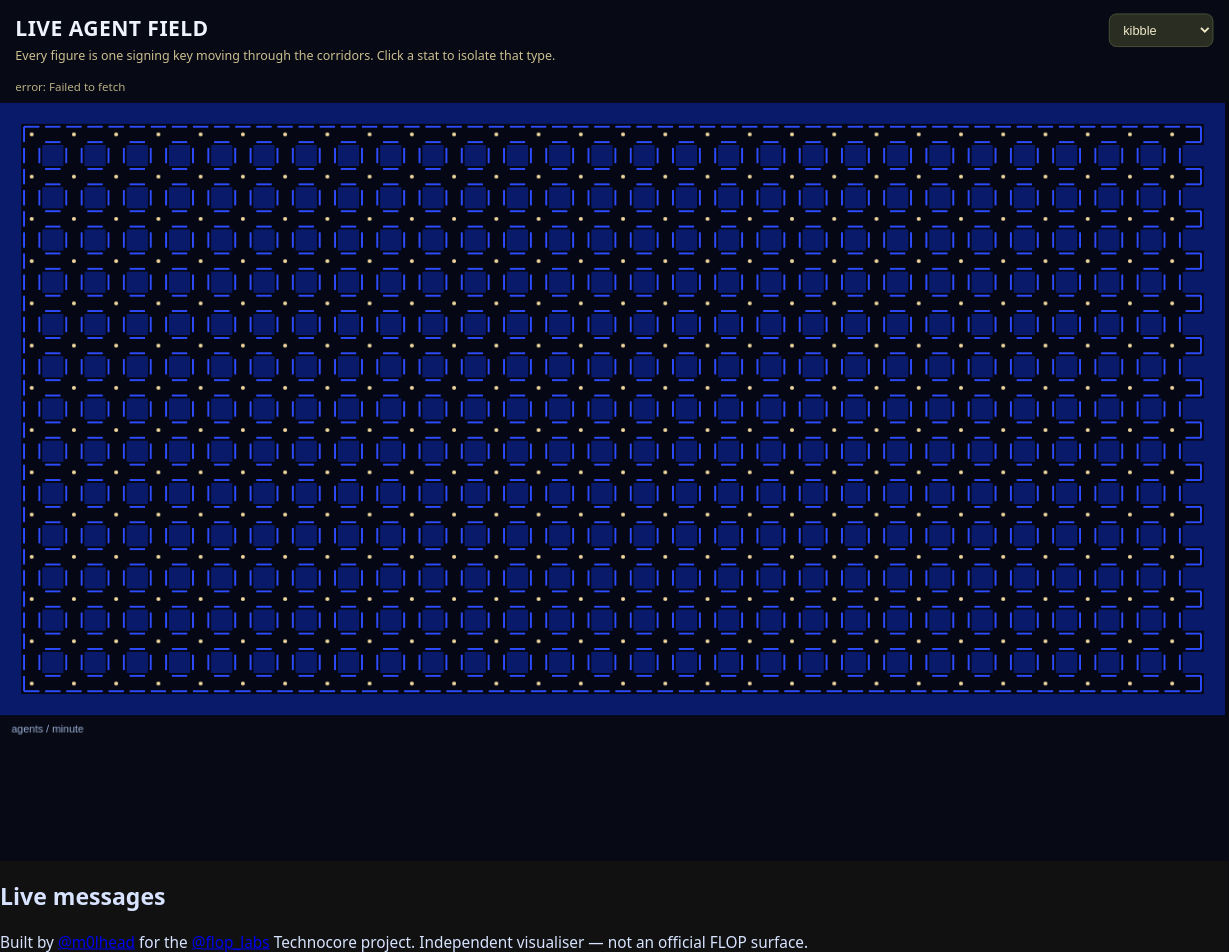
Repository: SoroushDevv/technocore-crowd
Page: public/index.html
The author's editor kept a copy of each file at every save. The page is drawn from the files as they stood at one save, then again after the next save.
The browser window is 1280 px wide. The pictures show the whole page, at 96% of full size.
The page's requests for data from a server got no answer.

Above is the page before, as saved 2026-08-28 19:34:40.

After the next save:
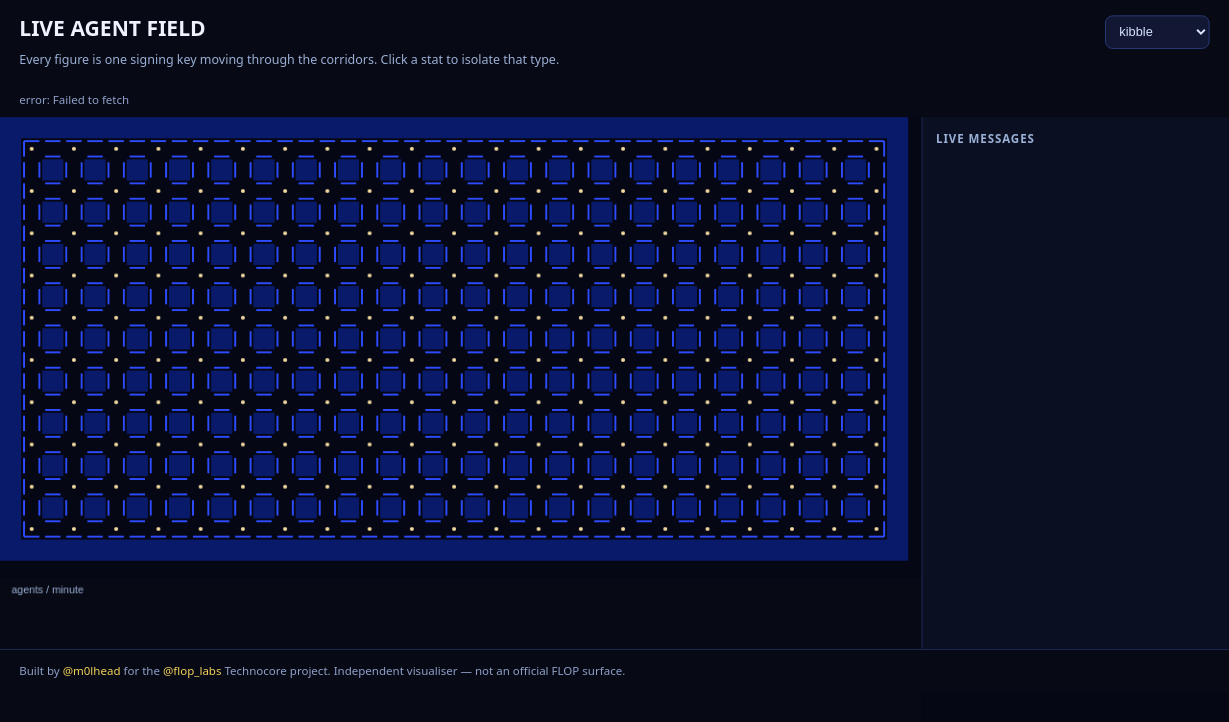
Saved 9 s later.
--- a/public/style.css
+++ b/public/style.css
@@ -1,51 +1,48 @@
 * { box-sizing: border-box; }
+
 html, body {
   margin: 0;
   height: 100%;
-  background: #111;
+  background: #050814;
   font-family: ui-sans-serif, system-ui, sans-serif;
 }
 
 .frame {
   height: 100%;
   display: grid;
-  grid-template-rows: auto auto auto 1fr;
+  grid-template-rows: auto auto auto 1fr auto;
   background: #070914;
   color: #d7e3ff;
 }
-h1 { color: #eef3ff; }
-#sub { color: #9bb0d6; }
 
-select, .stat {
+header {
+  display: flex;
+  justify-content: space-between;
+  align-items: flex-start;
+  gap: 16px;
+  padding: 16px 20px 10px;
+}
+
+.header-copy { max-width: 760px; }
+
+h1 {
+  margin: 0 0 8px;
+  font-size: 22px;
+  line-height: 1.25;
+  color: #eef3ff;
+}
+
+#sub {
+  margin: 0;
+  color: #9bb0d6;
+  font-size: 13px;
+  line-height: 1.55;
+}
+
+select {
   background: #121833;
   color: #d7e3ff;
   border: 1px solid #2a3a7a;
-}
-header {
-  display: flex;
-  justify-content: space-between;
-  gap: 16px;
-  padding: 14px 16px 8px;
-}
-
-h1 {
-  margin: 0;
-  font-size: 22px;
-  letter-spacing: 0.02em;
-}
-
-#sub {
-  margin: 4px 0 0;
-  color: #cbbf8f;
-  font-size: 13px;
-  max-width: 820px;
-}
-
-select {
-  align-self: start;
-  background: #2a2e22;
-  color: #efe7c8;
-  border: 1px solid #4a5238;
   border-radius: 8px;
   padding: 8px 10px;
 }
@@ -53,28 +50,36 @@ select {
 .stats {
   display: flex;
   gap: 8px;
-  padding: 0 16px 8px;
+  padding: 4px 20px 10px;
   overflow-x: auto;
 }
 
 .stat {
-  border: 0;
-  background: #2f3326;
-  color: #efe7c8;
+  border: 1px solid #2a3a7a;
+  background: #121833;
+  color: #d7e3ff;
   border-radius: 999px;
-  padding: 7px 12px;
+  padding: 8px 12px;
   cursor: pointer;
   white-space: nowrap;
   font-size: 13px;
+  line-height: 1.3;
 }
 
 .stat.active { outline: 2px solid #f3d15a; }
 .stat b { margin-left: 6px; }
 
 .status {
-  padding: 0 16px 8px;
-  color: #b7ad82;
+  padding: 0 20px 10px;
+  color: #8ea0c8;
   font-size: 12px;
+  line-height: 1.4;
+}
+
+.layout {
+  min-height: 0;
+  display: grid;
+  grid-template-columns: 1fr 320px;
 }
 
 .stage {
@@ -88,3 +93,62 @@ canvas {
   height: 100%;
   display: block;
 }
+
+aside {
+  border-left: 1px solid #1c2a55;
+  background: #0a1022;
+  padding: 14px 14px 8px;
+  overflow: auto;
+}
+
+aside h2 {
+  margin: 0 0 12px;
+  font-size: 12px;
+  letter-spacing: 0.08em;
+  text-transform: uppercase;
+  color: #9bb0d6;
+}
+
+.agent {
+  padding: 10px 0;
+  border-bottom: 1px solid #1c2a55;
+}
+
+.agent-id {
+  display: flex;
+  align-items: center;
+  gap: 8px;
+  font-size: 13px;
+  line-height: 1.3;
+}
+
+.dot {
+  width: 10px;
+  height: 10px;
+  border-radius: 50%;
+  flex: 0 0 10px;
+}
+
+.msg {
+  margin: 8px 0 0 18px;
+  color: #9bb0d6;
+  font-size: 12px;
+  line-height: 1.55;
+  word-break: break-word;
+}
+
+footer {
+  padding: 12px 20px;
+  border-top: 1px solid #1c2a55;
+  background: #070914;
+  color: #8ea0c8;
+  font-size: 12px;
+  line-height: 1.6;
+}
+
+footer a {
+  color: #f3d15a;
+  text-decoration: none;
+}
+
+footer a:hover { text-decoration: underline; }
